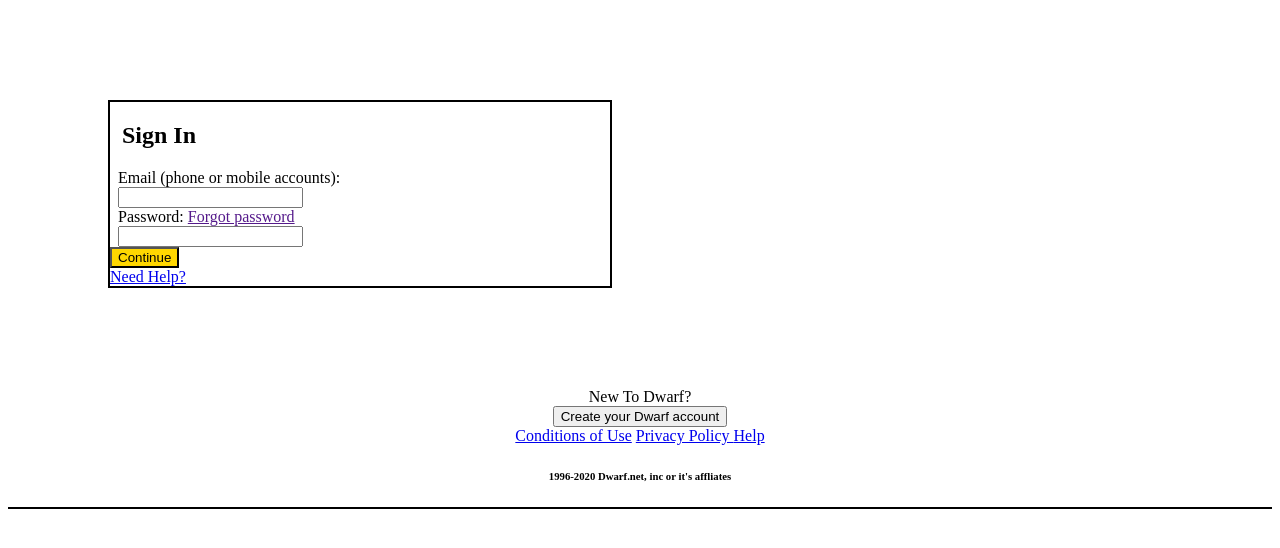
Repository: brittmarie333/replica
Page: index.html
These files come from the project's save history. The page is drawn as it stood at one moment and after the next save; the edit follows.
The browser window is 1280 px wide. The pictures show the whole page.

Above is the page before, as saved 2024-05-27 12:54:05.

### index.html
<!DOCTYPE html>
<html lang="en">
<head>
    <meta charset="UTF-8">
    <meta name="viewport" content="width=device-width, initial-scale=1.0">
    <link rel="stylesheet" href="index.css">
    <title>Log In</title>
</head>
<body>

    <form action="/data.php">
        <h2>&ensp;Sign In</h2>
        <label for="username">&ensp;Email (phone or mobile accounts):</label><br>
        &ensp;<input type="text" id="fname" name="fname"><br>
        <label for="pword">&ensp;Password: </label> <text align="right"><a href="">Forgot password</a></text><br>
        &ensp;<input type="text" id="lname" name="lname" ><br>
        <button style= "background-color: gold"; align"
        <button>Continue</button>
        <br>
        <a href="http">Need Help?</a>
      </form>




      New To Dwarf?
      <br>
      <button id="create">Create your Dwarf account</button>
      <br>
      <a href="http"> Conditions of Use</a>
      <a href="http"> Privacy Policy </a>
      <a href="http"> Help </a>
      <br>

      <h6> 1996-2020 Dwarf.net, inc or it's affliates</h6>


</body>
</html>

### index.css
h2  {
    text-align: left;
}

body {
    text-align: center;
    border-bottom: 2px solid black;
}
form{
    text-align: left;
    border: 2px solid;
    border color: light grey;
    margin: 100px;
    width: 500px;

}
button{
    text-align: center;


}

After the next save:
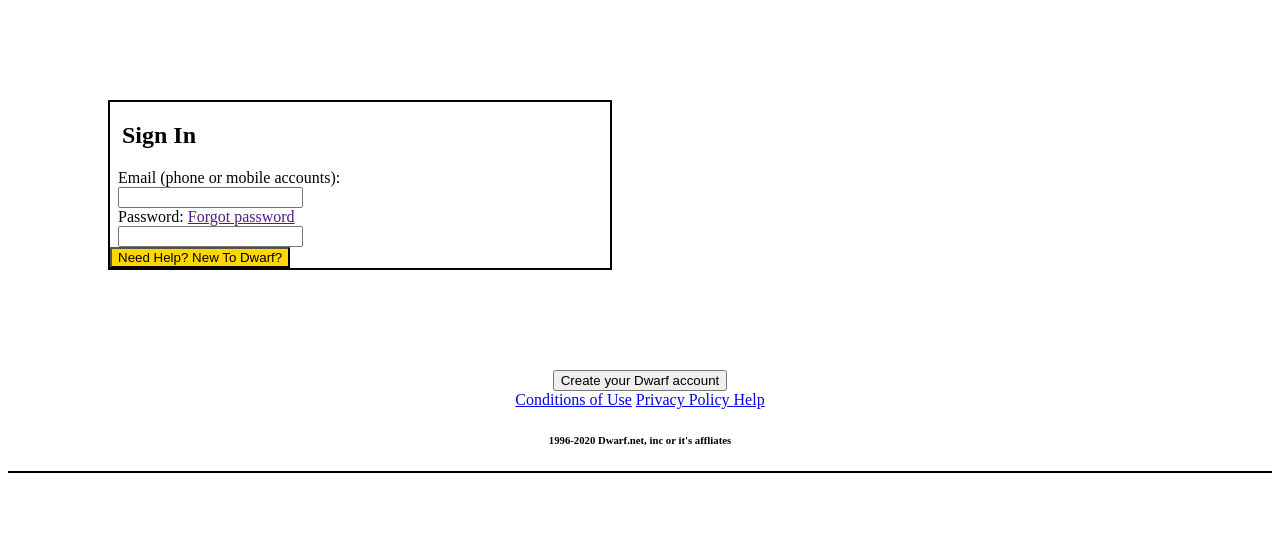
Saved 10 s later.
--- a/index.html
+++ b/index.html
@@ -14,7 +14,7 @@
         &ensp;<input type="text" id="fname" name="fname"><br>
         <label for="pword">&ensp;Password: </label> <text align="right"><a href="">Forgot password</a></text><br>
         &ensp;<input type="text" id="lname" name="lname" ><br>
-        <button style= "background-color: gold"; align"
+        <button style= "background-color: gold"; align="
         <button>Continue</button>
         <br>
         <a href="http">Need Help?</a>

After the 3 saves that followed:
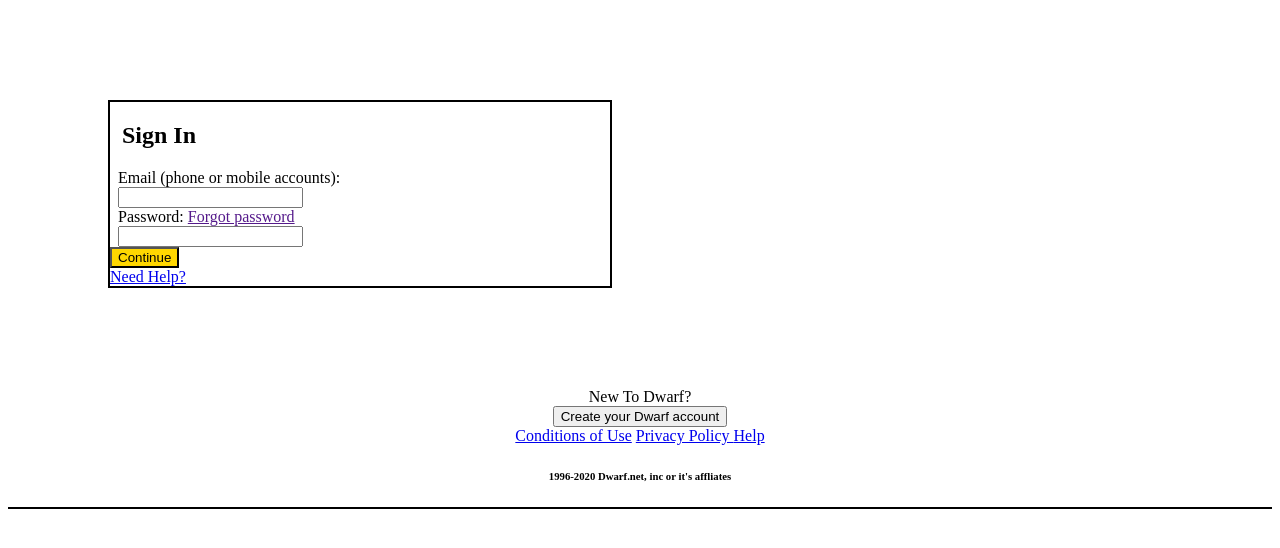
The 3 saves are shown as one change because they came seconds apart.
The last was saved 13 s later.
--- a/index.html
+++ b/index.html
@@ -14,7 +14,7 @@
         &ensp;<input type="text" id="fname" name="fname"><br>
         <label for="pword">&ensp;Password: </label> <text align="right"><a href="">Forgot password</a></text><br>
         &ensp;<input type="text" id="lname" name="lname" ><br>
-        <button style= "background-color: gold"; align="
+        <button style= "background-color: gold"; align="center";
         <button>Continue</button>
         <br>
         <a href="http">Need Help?</a>
